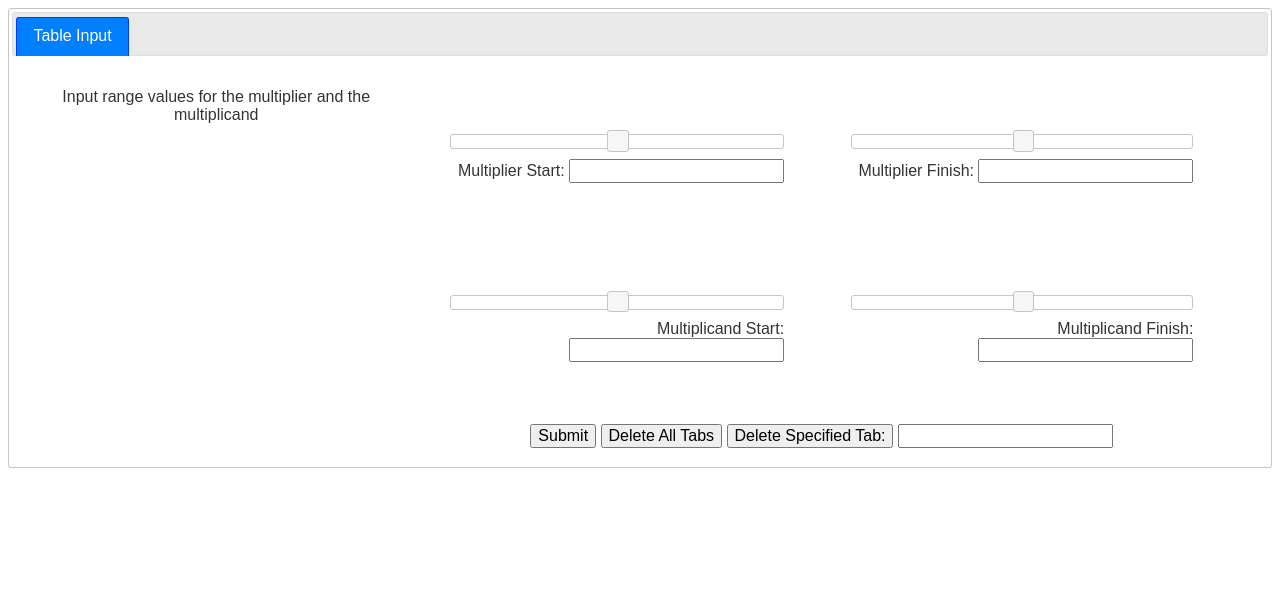
Repository: khrasna/HW4Part2
Page: index.html
An editor plug-in stored every save of this project. The page is shown before and after the next save, followed by the edit.
The browser window is 1280 px wide. The pictures show the whole page.
Some web libraries are served in a nearby version.

Above is the page before, as saved 2021-11-22 16:26:56.

### index.html
<!-- HTML file for Assignment 3
By Karsten Hrasna  email Karsten_Hrasna@student.uml.edu-->
<!DOCTYPE html>
<html>

<head>
    <title>Multiplication Table</title>
    <link rel="stylesheet" href="style.css">
    <script type="text/javascript" src="https://ajax.googleapis.com/ajax/libs/jquery/3.5.1/jquery.min.js"></script>
    <script type="text/javascript" src="dist/jquery.validate.min.js"></script>
    <script type="text/javascript" src="formvalidate.js"></script>
    <script type="text/javascript"
        src="https://ajax.googleapis.com/ajax/libs/jqueryui/1.11.4/jquery-ui.min.js"></script>
    <link rel="stylesheet" href="https://ajax.googleapis.com/ajax/libs/jqueryui/1.11.4/themes/smoothness/jquery-ui.css">
</head>

<body>

    <div id="tabs">
        <ul>
            <li><a href='#tab1'>Table Input</a></li>
        </ul>
        <div id="tab1">
            <div id="container">
                <p>Input range values for the multiplier and the multiplicand</p>
                <!-- Learned from W3schools. Creates a form which takes number ranges for multiplier and multiplicand. -->
                <form id="FormInput" action="javascript:void(0);" method="get">
                    <!--Learned about javascript:void(0) from Dutchie432 at https://stackoverflow.com/questions/1818249/form-with-no-action-and-where-enter-does-not-reload-page-->
                    <table>
                        <tr>

                            <td class="pad">
                                <div id="slider-1" class="refresh"></div>
                                Multiplier Start: <input input="text" class="refresh" name="MultiplierStart">
                            </td>

                            <td>
                                <div id="slider-2" class="refresh"></div>
                                Multiplier Finish: <input type="text" class="refresh" name="MultiplierFinish">
                            </td>
                        </tr>
                        <tr>
                            <td class="pad">
                                <div id="slider-3" class="refresh"></div>
                                Multiplicand Start: <input type="text" class="refresh" name="MultiplicandStart">
                            </td>

                            <td>
                                <div id="slider-4" class="refresh"></div>
                                Multiplicand Finish: <input type="text" class="refresh" name="MultiplicandFinish">
                            </td>
                        </tr>
                    </table>
                    <input type="submit" value="Submit">
                    <input type="button" name="clear" value="Delete All Tabs">
                    <input type="button" name="clearx" value="Delete Specified Tab:">
                    <input type="text" name="clearinput">
                    <!--goes directly under form and processes the input to create a mult table-->
                </form>
            </div>
        </div>
    </div>


</body>

</html>

### style.css
/*Created by Karsten Hrasna. email: Karsten_Hrasna@student.uml.edu*/
html,
body {
    height: 97%;
    text-align: center;
}

#slider-1,
#slider-2,
#slider-3,
#slider-4 {
    margin-bottom: 10px;
    margin-top: 10px;
}

div#container {
    display: grid;
    grid-template-columns: 30% auto;
    /* top row of grid holds the form for input, the rest of page holds the multiplication table*/
    grid-template-rows: auto;
    height: 97%;
    text-align: center;

}

p {
    text-align: center;
}

#multTable {
    margin: auto;
    border-collapse: separate;
    border-spacing: 0;
    /*the dynamically sized multiplication table */
    margin-top: 0px;
    border-bottom: 0px;

}

input[type=submit] {
    /* submit button under form spaced here */
    margin-top: 10px;
    margin-bottom: 0px;
}

#multTable td,
th {
    border: solid;
    border-color: black;
    min-width: 70px;
    font-size: 30px;
    height: 70px;
}


#multTable th {
    position: sticky;
    top: 0px;
    border-right: solid;
    border-right-color: white;
    border-bottom: solid;
    border-bottom-color: white;
    background-color: black;
    color: white;

}

#multTable th:first-child {
    position: sticky;
    top: 70px;
    left: 0;
}


.sticky {
    position: fixed;
    top: 0px;
    /* get the headers to stay fixed on mult table */
    width: 100%;
}

#multTable tr:first-child th:first-child {
    border: none;
    background-color: white;
}

#multTable p.inputError {
    margin: 0px;
}

form {
    margin-bottom: 0px;
}

table {
    margin-left: auto;
    margin-right: auto;
}

form td {
    text-align: right;
    justify-content: right;
    padding: 50px;
    /*line up the input form textboxes*/
}

form p {
    margin: 0px;
}

td.pad {
    padding-right: 15px;
}

### formvalidate.js
var tabs;

$(function () {
    $("#tabs").tabs();

    $("#slider-1").slider({
        min: -50, //initialize the four sliders to set the values of their respective input boxes
        max: 50,
        slide: function (event, ui) {
            $('input[name="MultiplierStart"]').val(ui.value);
        }
    });
    $("#slider-2").slider({
        min: -50,
        max: 50,
        slide: function (event, ui) {
            $('input[name="MultiplierFinish"]').val(ui.value);
        }
    });
    $("#slider-3").slider({
        min: -50,
        max: 50,
        slide: function (event, ui) {
            $('input[name="MultiplicandStart"]').val(ui.value);
        }
    });
    $("#slider-4").slider({
        min: -50,
        max: 50,
        slide: function (event, ui) {
            $('input[name="MultiplicandFinish"]').val(ui.value);
        }
    });

    $('input[name="MultiplierStart"]').on('keyup', function () { //if the input boxes values are changed, set the slider to that value
        $("#slider-1").slider("option", "value", $('input[name="MultiplierStart"]').val());
    });

    $('input[name="MultiplierFinish"]').on('keyup', function () {
        $("#slider-2").slider("option", "value", $('input[name="MultiplierFinish"]').val());
    });

    $('input[name="MultiplicandStart"]').on('keyup', function () {
        $("#slider-3").slider("option", "value", $('input[name="MultiplicandStart"]').val());
    });

    $('input[name="MultiplicandFinish"]').on('keyup', function () {
        $("#slider-4").slider("option", "value", $('input[name="MultiplicandFinish"]').val());
    });


    $.validator.addMethod("less", function (value, element, params) {
        if (params[0].value == "") {
            return true; // dont want it to say that the start has to be greater than finish if no finish given. instead it will say to give finish value in other error
        } else {
            return this.optional(element) || +value <= +params[0].value;

        } //checks to make sure that the starts are less than the finishes, learned from
    }); // https://jqueryvalidation.org/jQuery.validator.addMethod/

    $.validator.addMethod("checkval", function (value, element) {
        if (value == "") {
            return true; // dont want it to say that the start has to be greater than finish if no finish given. instead it will say to give finish value in other error
        } else {
            return this.optional(element) || +value > 1;

        } //checks to make sure that the starts are less than the finishes, learned from
    });


    $("#FormInput").validate({
        //this makes it so the validator updates the error messages whenever new input is typed.
        //learned about onkeyup at https://www.sitepoint.com/jquery-validation-validate-form-submit/
        rules: {
            MultiplierStart: {
                range: [-50, 50],
                less: $('input[name="MultiplierFinish"]'),
                required: true

            },
            MultiplierFinish: { //rules for form input. makes sure the numbers are in range, and that the fields have input in them.
                required: true,
                range: [-50, 50]
            },

            MultiplicandStart: {
                range: [-50, 50],
                less: $('input[name="MultiplicandFinish"]'),
                required: true
            },

            MultiplicandFinish: {
                range: [-50, 50],
                required: true
            }
        },

        messages: {
            MultiplierStart: {
                required: "Multiplier Start must be a digit between -50 and 50",
                range: "The range of Multiplier Start must stay within -50 and 50",
                less: "The value of Multiplier Start must be less than or equal to Multiplier Finish."
            },

            MultiplierFinish: {
                required: "Multiplier Finish must be a digit between -50 and 50",
                range: "The range of Multiplier Finish must stay within -50 and 50",
            },

            MultiplicandStart: {
                required: "Multiplicand Start must be a digit between -50 and 50",
                range: "The range of Multiplicand Start must stay within -50 and 50",
                less: "The value of Multiplicand Start must be less than or equal to Multiplicand Finish."
            },

            MultiplicandFinish: {
                required: "Multiplicand Finish must be a digit between -50 and 50",
                range: "The range of Multiplicand Finish must stay within -50 and 50",
            }


        },

        errorPlacement: function (error, element) {
            $(error).appendTo($(('#FormInput'))); //place the errors below the form
        },
        errorElement: "p"

    });

    $(".refresh").on("input", function () {
        console.log(1);
    });

    $(".refresh").on("slide", function () {
        console.log(2);
    });


    $('input[type="submit"]').on('click', function () { //check if form is valid and process table if true
        $('input[name="clearinput"]').rules('remove');
        if ($("#FormInput").valid()) {
            process();
        }
    });



    $('input[name="clear"]').on("click", function () { //clear all tabs except main tab
        for (var i = 2; i <= tabs; i++) {
            $("#tabs").find("li:not(:first)").remove();
            $("#tabs").tabs('refresh');
        }
        tabs = 1;
    });

    $('input[name="clearx"]').on("click", function () { //clear a specified tab with a range of 2 - number of tabs
        console.log(tabs);
        console.log($("#FormInput").validate().settings.rules);
        $('input[name="clearinput"]').rules('add', {
            digits: true,
            required: true,
            range: [2, tabs],
            checkval: true,

            messages: {
                digits: "Please make your specified tab to be deleted contain only numbers within the indicated range.",
                range: "Please choose a tab between 2 and " + tabs,
                checkval: "Please enter a tab value which is greater than 1.",
                required: "Please enter a value for the Delete Specified Tab value."
            }
        });

        if ($('input[name="clearinput"]').valid()) { //if the specified tab to be removed is valid then remove it
            var removetab = $('input[name="clearinput"]').val();
            $("#tabs").find("li:nth-child(" + removetab + ")").remove();
            $("#tabs").tabs('refresh');

            if (tabs > 1) {
                tabs -= 1;
            }
        }

    })

});

function process() {
    var multStart = $('input[name="MultiplierStart"]').val();
    var multFinish = $('input[name="MultiplierFinish"]').val();
    var multiplicandStart = $('input[name="MultiplicandStart"]').val();
    var multiplicandFinish = $('input[name="MultiplicandFinish"]').val();

    //clear old table and create a table with size based on input given
    const rowVals = [];
    const colVals = []; //these will hold the values of the multiplier and multiplicand
    var rows = multFinish - multStart;
    var cols = multiplicandFinish - multiplicandStart;
    tabs = $("#tabs ul li").length + 1; //number of tabs, learned from https://stackoverflow.com/questions/14702631/in-jquery-ui-1-9-how-do-you-create-new-tabs-dynamically
    for (var i = 0; i <= cols; i++) {
        colVals[i] = (+multiplicandStart + +i); //save the values of the numbers being multiplied
    }
    for (var i = 0; i <= rows; i++) {
        rowVals[i] = (+multStart + +i);
    }
    var table = createTable(rows, cols, rowVals, colVals); //create table based on total rows and cols, and top and left are the sets of multipliers and multiplicands
    table.id = "multTable";
    //adds list item to tab list with parameters as title
    $("#tabs ul").append("<li><a href='#tab" + tabs + "'>" + multStart + " " + multFinish + " " + multiplicandStart + " " + multiplicandFinish + "</a></li>");
    $("#tabs").append("<div id='tab" + tabs + "'></div>"); //also learned from https://stackoverflow.com/questions/14702631/in-jquery-ui-1-9-how-do-you-create-new-tabs-dynamically
    $("#tab" + tabs).append(table); //adds the table to a new tab
    $("#tabs").tabs("refresh");

}

function createTable(rows, cols, rowVals, colVals) {
    var t = document.createElement('table');
    for (var x = 0; x <= rows + 1; x++) { // rows and cols + 1 to indicate ranges of numbers
        var r = document.createElement('tr');
        t.appendChild(r);
        for (var y = 0; y <= cols + 1; y++) { //creates the cols of the table row by row
            if (y == 0) {
                var c = document.createElement('th'); //create and insert element based on position in table
                c.id = "topHeader";
                if (x != 0) {
                    c.innerHTML = rowVals[x - 1]; // - 1 because it is moved over 1 to the right
                }
            } else if (x == 0) {
                var c = document.createElement('th');
                if (y != 0) {
                    c.innerHTML = colVals[y - 1];
                }
            } else {
                var c = document.createElement('td');
                c.innerHTML = rowVals[x - 1] * colVals[y - 1];
                if (((y % 2) + (x % 2)) == 0 || ((y % 2) + (x % 2)) == 2) { // checker board effect
                    c.style.backgroundColor = "gray";
                }
            }
            r.appendChild(c);
        }
    }
    return t;
}

Loaded but not shown: dist/jquery.validate.min.js (library)

After the next save:
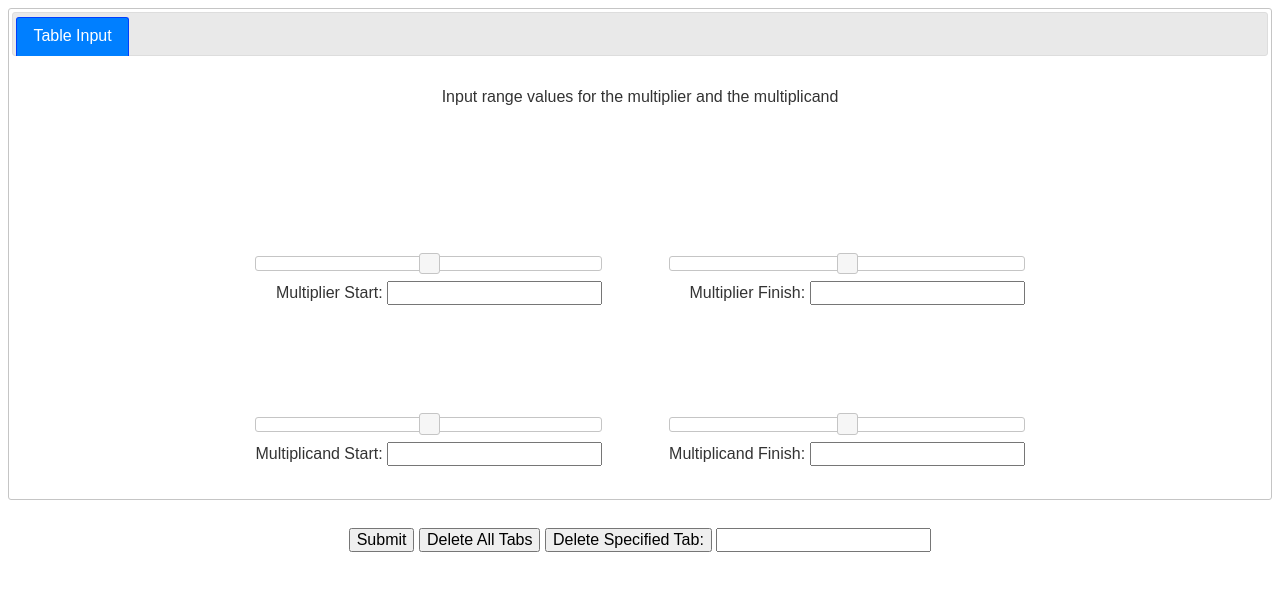
Saved 22 s later.
--- a/style.css
+++ b/style.css
@@ -15,17 +15,12 @@ body {
 
 div#container {
     display: grid;
-    grid-template-columns: 30% auto;
+    grid-template-columns: auto;
     /* top row of grid holds the form for input, the rest of page holds the multiplication table*/
-    grid-template-rows: auto;
+    grid-template-rows: 30% auto;
     height: 97%;
-    text-align: center;
-
 }
 
-p {
-    text-align: center;
-}
 
 #multTable {
     margin: auto;
